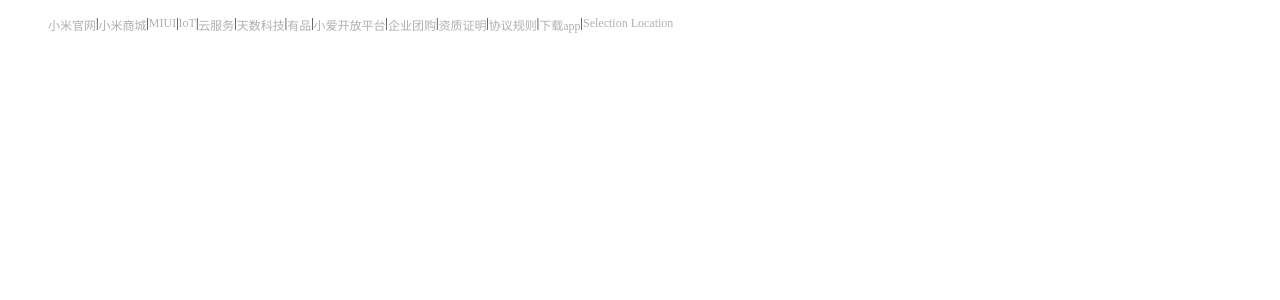
Repository: MonoYan/Mi-Homepage
Page: index.html
An editor plug-in stored every save of this project. The page is shown before and after the next save, followed by the edit.
The browser window is 1280 px wide. The pictures show the whole page.

Above is the page before, as saved 2022-11-22 16:36:56.

After the next save:
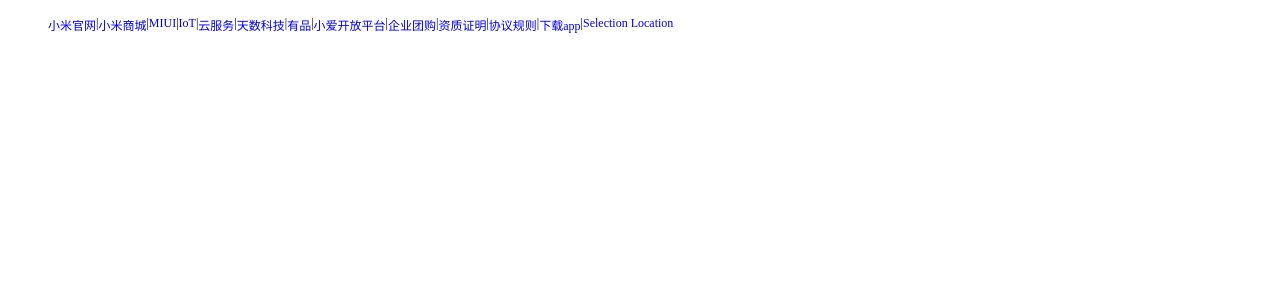
Saved 75 s later.
--- a/css/style.css
+++ b/css/style.css
@@ -15,6 +15,6 @@
 .no-decoration
 {
     text-decoration: none;
-    color: #b0b0b0;
+
     text-align: center;
 }

After the save that followed:
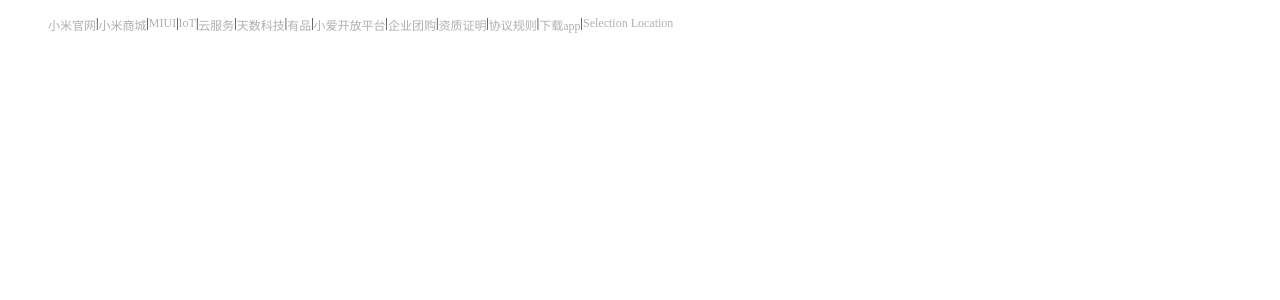
Saved 5 s later.
--- a/css/style.css
+++ b/css/style.css
@@ -15,6 +15,6 @@
 .no-decoration
 {
     text-decoration: none;
-
+    color: #b0b0b0;
     text-align: center;
 }
